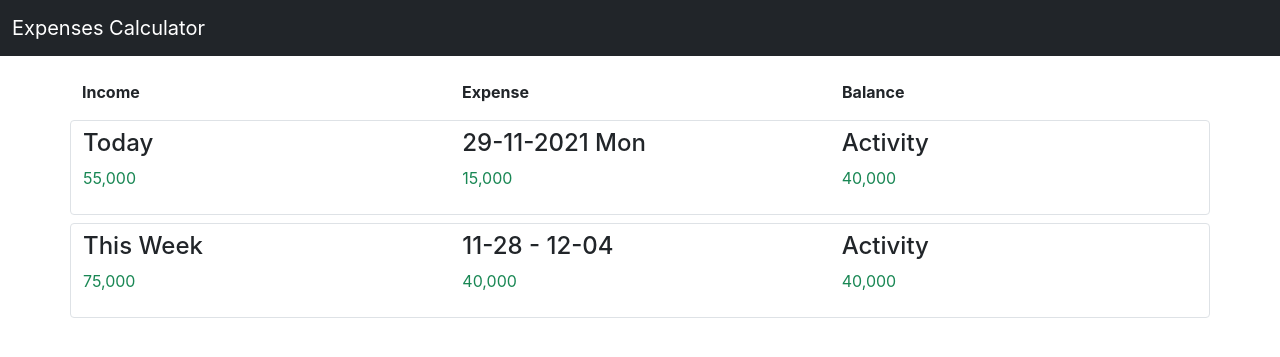
Repository: eidankhan/expenses-calculator
Page: /
These files come from the project's save history. The page is drawn as it stood at one moment and after the next save; the edit follows.
The browser window is 1280 px wide. The pictures show the whole page.
The project was rebuilt for these pictures with package versions that can differ from the ones it lists, and the page was loaded fresh each time. Also part of the build but not shown: src/components/SaveIncome.js.

Above is the page before, as saved 2021-11-29 17:15:02.

### public/index.html
<!DOCTYPE html>
<html lang="en">
  <head>
    <meta charset="utf-8" />
    <link rel="icon" href="%PUBLIC_URL%/favicon.ico" />
    <meta name="viewport" content="width=device-width, initial-scale=1" />
    <meta name="theme-color" content="#000000" />
    <meta
      name="description"
      content="Web site created using create-react-app"
    />
    <link rel="apple-touch-icon" href="%PUBLIC_URL%/logo192.png" />
    <link rel="manifest" href="%PUBLIC_URL%/manifest.json" />
    <!-- CSS only -->
    <link
      href="https://cdn.jsdelivr.net/npm/bootstrap@5.1.3/dist/css/bootstrap.min.css"
      rel="stylesheet"
      integrity="sha384-1BmE4kWBq78iYhFldvKuhfTAU6auU8tT94WrHftjDbrCEXSU1oBoqyl2QvZ6jIW3"
      crossorigin="anonymous"
    />
    <title>Shopping Cart App</title>
  </head>
  <body>
    <noscript>You need to enable JavaScript to run this app.</noscript>
    <div id="root"></div>
    <!-- JavaScript Bundle with Popper -->
    <script
      src="https://cdn.jsdelivr.net/npm/bootstrap@5.1.3/dist/js/bootstrap.bundle.min.js"
      integrity="sha384-ka7Sk0Gln4gmtz2MlQnikT1wXgYsOg+OMhuP+IlRH9sENBO0LRn5q+8nbTov4+1p"
      crossorigin="anonymous"
    ></script>
  </body>
</html>

### src/App.js
// import {
//   BrowserRouter as Router,
//   Routes,
//   Route,
// } from "react-router-dom";

import { IncomeSummary } from "./components/IncomeSummary";
import { Navbar } from "./components/Navbar";
import { SaveIncome } from "./components/SaveIncome";

function App() {
  return (
    <>
      <Navbar />
      <div className="container my-3">
        {/* <SaveIncome/> */}
        <IncomeSummary/>
      </div>
    </>
  );
}

export default App;

### src/components/IncomeSummary.js
import React from "react";

export const IncomeSummary = () => {
  return (
    <div className="my-3">
      <div className="row">
        <div className="col-md-4 my-2 ">
          {" "}
          <strong>Income</strong>{" "}
        </div>
        <div className="col-md-4 my-2 ">
          {" "}
          <strong>Expense</strong>{" "}
        </div>
        <div className="col-md-4 my-2 ">
          {" "}
          <strong>Balance</strong>{" "}
        </div>
      </div>
      <div className="row border rounded my-2">
        <div className="col-md-4 my-2">
          <h4> Today </h4>
          <p className="text-success"> 55,000</p>
        </div>
        <div className="col-md-4 my-2">
          <h4> 29-11-2021 Mon </h4>
          <p className="text-success"> 15,000</p>
        </div>
        <div className="col-md-4 my-2">
          <h4> Activity </h4>
          <p className="text-success"> 40,000</p>
        </div>
      </div>
      <div className="row border rounded">
        <div className="col-md-4 my-2">
          <div className="cards">
            <h4> This Week </h4>
            <p className="text-success"> 75,000</p>
          </div>
        </div>
        <div className="col-md-4 my-2">
          <h4> 11-28 - 12-04 </h4>
          <p className="text-success"> 40,000</p>
        </div>
        <div className="col-md-4 my-2">
          <h4> Activity </h4>
          <p className="text-success"> 40,000</p>
        </div>
      </div>
    </div>
  );
};

### src/components/Navbar.js
import React from "react";

export const Navbar = () => {
  return (
    <nav className="navbar navbar-dark bg-dark">
      <div className="container-fluid">
        <a className="navbar-brand" href="/" > Expenses Calculator</a>

        {/* <form className="d-flex">
          <input
            className="form-control me-2"
            type="search"
            placeholder="Search"
            aria-label="Search"
          />
          <button className="btn btn-outline-success" type="submit">
            Search
          </button>
        </form> */}

      </div>
    </nav>
  );
};

Loaded but not shown: src/index.js (common file); src/index.css (common file)

After the next save:
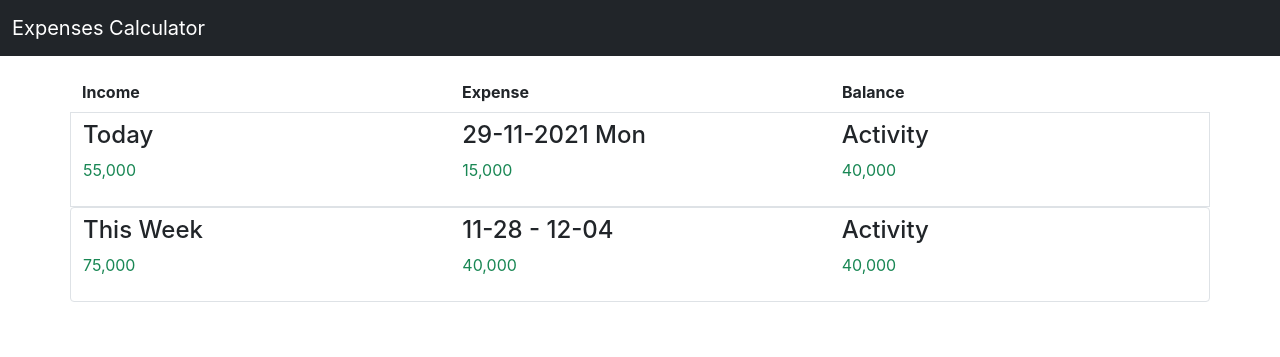
Saved 33 s later.
--- a/src/components/IncomeSummary.js
+++ b/src/components/IncomeSummary.js
@@ -1,52 +1,58 @@
 import React from "react";
 
 export const IncomeSummary = () => {
+
+
   return (
     <div className="my-3">
       <div className="row">
-        <div className="col-md-4 my-2 ">
-          {" "}
-          <strong>Income</strong>{" "}
-        </div>
-        <div className="col-md-4 my-2 ">
-          {" "}
-          <strong>Expense</strong>{" "}
-        </div>
-        <div className="col-md-4 my-2 ">
-          {" "}
-          <strong>Balance</strong>{" "}
-        </div>
+        <div className="col-md-4 my-2 "> <strong>Income</strong> </div>
+        <div className="col-md-4 my-2 "> <strong>Expense</strong> </div>
+        <div className="col-md-4 my-2 "> <strong>Balance</strong> </div>
       </div>
-      <div className="row border rounded my-2">
+      <div className="row border rounder">
         <div className="col-md-4 my-2">
-          <h4> Today </h4>
-          <p className="text-success"> 55,000</p>
+
+              <h4 > Today </h4>
+              <p className="text-success"> 55,000</p>
+
         </div>
         <div className="col-md-4 my-2">
-          <h4> 29-11-2021 Mon </h4>
-          <p className="text-success"> 15,000</p>
+
+            <h4 > 29-11-2021 Mon </h4>
+            <p className="text-success"> 15,000</p>
+
         </div>
         <div className="col-md-4 my-2">
-          <h4> Activity </h4>
-          <p className="text-success"> 40,000</p>
+
+            <h4 > Activity </h4>
+            <p className="text-success"> 40,000</p>
+
         </div>
       </div>
       <div className="row border rounded">
         <div className="col-md-4 my-2">
           <div className="cards">
-            <h4> This Week </h4>
-            <p className="text-success"> 75,000</p>
+
+              <h4> This Week </h4>
+              <p className="text-success"> 75,000</p>
+
           </div>
         </div>
         <div className="col-md-4 my-2">
-          <h4> 11-28 - 12-04 </h4>
-          <p className="text-success"> 40,000</p>
+
+            <h4> 11-28 - 12-04 </h4>
+            <p className="text-success"> 40,000</p>
+
         </div>
         <div className="col-md-4 my-2">
-          <h4> Activity </h4>
-          <p className="text-success"> 40,000</p>
+
+            <h4> Activity </h4>
+            <p className="text-success"> 40,000</p>
+
         </div>
       </div>
+
     </div>
   );
 };
